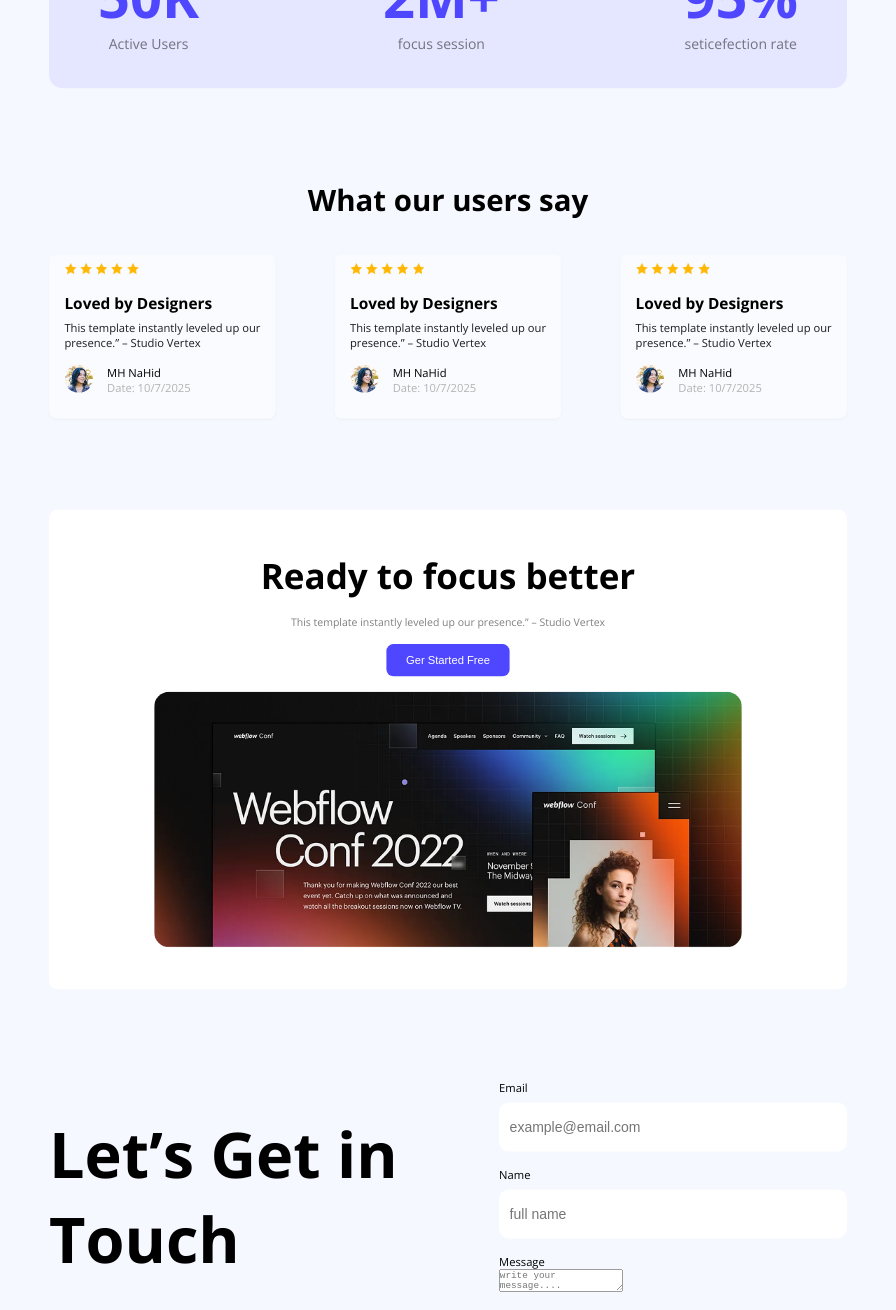
Repository: nahid-hasann/website-3
Page: index.html
The author's editor kept a copy of each file at every save. The page is drawn from the files as they stood at one save, then again after the next save.
The browser window is 1280 px wide. The pictures show the part of the page from y = 1503 to 3423 px (the page is 3375 px tall before and 3423 px after), at 70% of full size.

Above is the page before, as saved 2025-07-10 22:34:01.

### index.html
<!DOCTYPE html>
<html lang="en">
<head>
    <meta charset="UTF-8">
    <meta name="viewport" content="width=device-width, initial-scale=10">
    <title>MH NaHid</title>
    <link rel="preconnect" href="https://fonts.googleapis.com">
<link rel="preconnect" href="https://fonts.gstatic.com" crossorigin>
<link href="https://fonts.googleapis.com/css2?family=Open+Sans:ital,wght@0,300..800;1,300..800&family=Raleway:ital,wght@0,100..900;1,100..900&display=swap" rel="stylesheet">
<link rel="stylesheet" href="style.css">
</head>
<body class="open-sans-normal">


<header class="header-section">
      <section class="section-1">
       <h1 style="font-size: 34px; color: #4e47ff;">LOGO</h1>
       <button class="btn">Sign Up</button>
      </section>

      <section class="section-2">
        <h1 style="font-size: 65px; text-align: center;">Cool Dark UI Template for <br> Webflow Agencies!</h1>
        <br>
        <br>
        <button class="btn">Stay Focused</button>
      </section>


</header>


<main>

<section class="action-section">

<div class="action-title">
    <h1>See It in Action</h1>
    <br>
    <p>Explore the live preview and imagine your brand <br> in this bold new look.</p>
    <br>
    <button class="btn">Launch Live Preview</button>
</div>

<div class="action-img">
    <img src="Assets/wc-mini.png" alt="">
</div>


</section>

<section class="productive-user">

     <h1 style="text-align: center; font-size: 38px ; font-weight: 700;">Joined Thousands of Productive Users</h1>

     <div class="productive-user-review">

       <div class="productive-user-songkha">
         <h1>50K</h1>
         <p>Active Users</p>
       </div>
       <div class="productive-user-songkha">
         <h1>2M+</h1>
         <p>focus session</p>
       </div>
       <div class="productive-user-songkha">
         <h1>95%</h1>
         <p>seticefection rate</p>
       </div>

     </div>



</section>


<section class="feedback-section">

    <h1>What our users say</h1>

    <div class="feedback-flex">

   <div class="feedback-review">

        <div class="star">
            <img src="Assets/icon-star.png" alt="">
        <img src="Assets/icon-star.png" alt="">
        <img src="Assets/icon-star.png" alt="">
        <img src="Assets/icon-star.png" alt="">
        <img src="Assets/icon-star.png" alt="">
        <h4>Loved by Designers</h4>
        <p>This template instantly leveled up our <br> presence.” – Studio Vertex</p>
        </div>
        <div class="reviwer">
            <div class="reviwer-img">
                <img src="Assets/avatar.png" alt="">
            </div>
            <div class="reviwer-text">
                <p >MH NaHid</p>
                 <p class="date">Date: 10/7/2025</p>
            </div>
        </div>

    </div>

       <div class="feedback-review">

        <div class="star">
            <img src="Assets/icon-star.png" alt="">
        <img src="Assets/icon-star.png" alt="">
        <img src="Assets/icon-star.png" alt="">
        <img src="Assets/icon-star.png" alt="">
        <img src="Assets/icon-star.png" alt="">
        <h4>Loved by Designers</h4>
        <p>This template instantly leveled up our <br> presence.” – Studio Vertex</p>
        </div>
        <div class="reviwer">
            <div class="reviwer-img">
                <img src="Assets/avatar.png" alt="">
            </div>
            <div class="reviwer-text">
                <p>MH NaHid</p>
                 <p class="date">Date: 10/7/2025</p>
            </div>
        </div>

    </div>

       <div class="feedback-review">

        <div class="star">
            <img src="Assets/icon-star.png" alt="">
        <img src="Assets/icon-star.png" alt="">
        <img src="Assets/icon-star.png" alt="">
        <img src="Assets/icon-star.png" alt="">
        <img src="Assets/icon-star.png" alt="">
        <h4>Loved by Designers</h4>
        <p>This template instantly leveled up our <br> presence.” – Studio Vertex</p>
        </div>
        <div class="reviwer">
            <div class="reviwer-img">
                <img src="Assets/avatar.png" alt="">
            </div>
            <div class="reviwer-text">
                <p>MH NaHid</p>
                 <p class="date">Date: 10/7/2025</p>
            </div>
        </div>

    </div>

    </div>

</section>

<section class="free-section">

    <div class="free">
        <h1>Ready to focus better</h1>
        <br>
        <p>This template instantly leveled up our presence.” – Studio Vertex</p>
        <br>
        <button class="btn">Ger Started Free</button>
        <br>
        <img src="Assets/wc-big.png" alt="">
    </div>

</section>

<section class="contact-form">

<div class="form-heading">
    <h1>Let’s Get in Touch</h1>
</div>

<div class="form-div">

    <form class="form" action="">

        <label for="">Email</label> <br>
        <input type="email" name="" placeholder="example@email.com" id=""> <br> <br>
        <label for="">Name</label> <br>
        <input type="text" placeholder="full name"> <br><br>
        <label for="">Message</label> <br>
        <textarea name="" placeholder="write your message...." id=""></textarea> <br><br>

    </form>

</div>


</section>


</main>






</body>
</html>

### style.css
*{
    margin: 0;
    padding: 0;
    box-sizing: border-box;
}

body{
    background-color: #f5f8ff;
}


.open-sans-normal {
  font-family: "Open Sans", sans-serif;
  font-optical-sizing: auto;
  font-style: normal;
  font-variation-settings:
    "wdth" 100;
}

.header-section{
    background-image: url('Assets/Hero-bg.png');
    background-repeat: no-repeat;
    background-position: center;
    background-size: cover;
    /* height: 700px; */
}

.section-1{
    display: flex;
    justify-content: space-between;
    padding: 40px 0;
    width: 1140px;
    margin: auto;
}

.btn{
    padding: 14px 28px;
    border: none;
    background-color: #4e47ff ;
    color: white;
    border-radius: 10px;
    display: block;
    font-size: 16px;
}

.btn:hover{
    background-color: yellow;
    padding: 14px 30px;
    transition: 0.5s;
    color: black;
}

.section-2{

    display: flex;
    flex-direction: column;
    justify-content: center;
    align-items: center;
    margin:  auto;
    padding: 158px 0;

}

main{
    width: 1140px;
    margin: auto;
}

.action-section{
    display: flex;
    justify-content: space-between;
    margin: 130px 0;
}

.action-title{
    margin: auto 0;
}

.action-img img{
    border-radius: 20px;
    width: 404px;
    height: 328px;
}

.action-title h1{
    font-size: 44px;
}

.action-title p{
    color: rgba(37, 36, 50, 0.5);
    font-size: 24px;
}

.productive-user{
    background-color: #e5e6ff;
    padding: 50px 70px;
    /* display: flex; */
    /* flex-direction: column; */
    /* justify-content: space-between; */
    /* align-items: center; */
    border-radius: 20px;
    margin-bottom: 130px;
}

.productive-user-review {
    display: flex;
    margin-top: 40px;
    gap: 40px;
    justify-content: space-between;
    align-items: center;
}

.productive-user-songkha h1{
    text-align: center;
    font-size: 80px;
    color: #4e47ff;
}

.productive-user-songkha p{
    text-align: center;
    font-size: 20px;
    color: rgba(0, 0, 0, 0.5);
}

.feedback-section{
    margin-bottom: 130px;
}

.feedback-section h1{
    font-size: 42px;
    font-weight: 700;
    text-align: center;
    margin-bottom: 50px;
}



.reviwer{
    display: flex;
    gap: 20px;
    margin: 20px 0;
}

.reviwer-img img{
     border-radius: 50%;
}

.feedback-flex{
    display: flex;
    flex-direction: row;
    justify-content: space-between;
    align-items: center;
}

.feedback-review{
      background-color: #fafbff;
      box-shadow: 0 1px 3px rgba(0, 0, 0, 0.05);
      padding: 12px 22px;
      border-radius: 10px;
}

.star h4{
    font-size: 22px;
    font-weight: 700;
    margin-top: 20px;
    margin-bottom: 10px;
}


.date{
    color: rgba(179, 179, 179, 1);
    font-weight: 300;
}

.star p {
    color: rgba(30, 30, 30, 1);
}

.free-section{
    background-color: rgba(255, 255, 255, 1);
    border-radius: 12px;
    padding: 60px 80px;
    display: flex;
    flex-direction: column;
    justify-content: center;
    align-items: center;
    margin-bottom: 130px;
}

.free{
    display: flex;
    flex-direction: column;
    justify-content: center;
    align-items: center;
}

.free h1{
    font-size: 50px ;
    font-weight: 700;
}

.free p{
    color: rgba(0, 0, 0, 0.5);
    font-size: 15px;
}

.free img{
    border-radius: 22px;
}

.contact-form{
    display: flex;
    justify-content: space-around;
    align-items: center;
    gap: 40px;

}

.form-heading{
    font-size: 60px;
    font-weight: 700;
}

.form input{
      border: none;
      width: 497px;
      height: 70px;
      font-size: 20px;
      padding: 12px 0 12px 15px;
      margin-top: 10px;
      border-radius: 14px;
}

.form label{
    margin-bottom: 10px;
}

.form textarea{

}

After the next save:
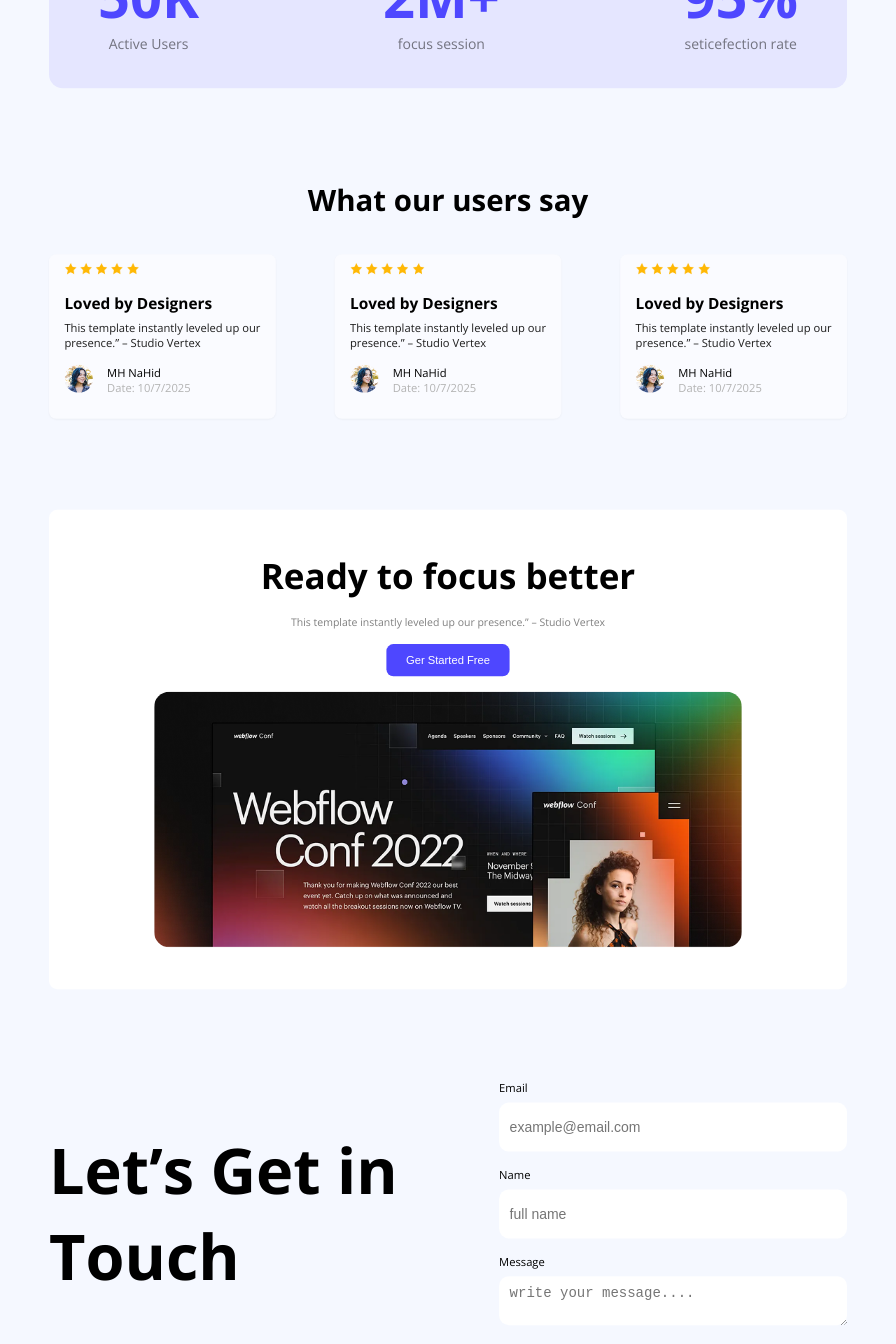
Saved 8 s later.
--- a/style.css
+++ b/style.css
@@ -236,5 +236,11 @@
 }
 
 .form textarea{
-
-}
+     border: none;
+      width: 497px;
+      height: 70px;
+      font-size: 20px;
+      padding: 12px 0 12px 15px;
+      margin-top: 10px;
+      border-radius: 14px;
+}
